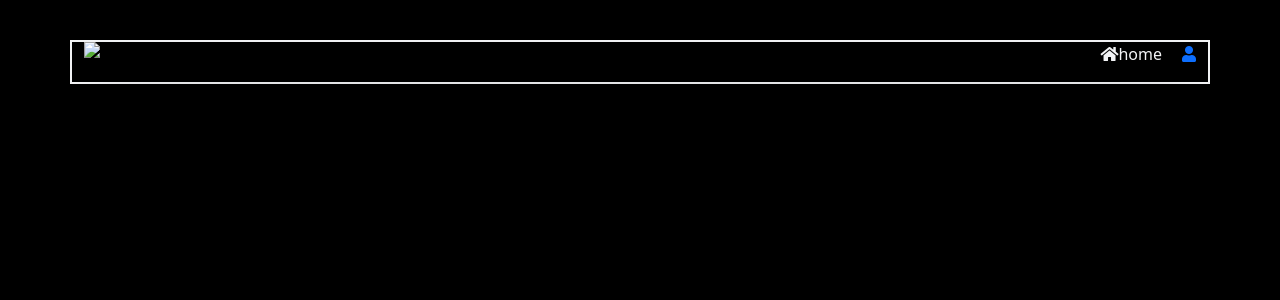
Repository: latenightsnacc/urban-pancake
Page: index.html
These files come from the project's save history. The page is drawn as it stood at one moment and after the next save; the edit follows.
The browser window is 1280 px wide. The pictures show the whole page.
Some web libraries are served in a nearby version.

Above is the page before, as saved 2021-04-30 10:42:22.

### index.html
<!DOCTYPE html>
<html lang="en">
<head>
    <meta charset="UTF-8">
    <meta http-equiv="X-UA-Compatible" content="IE=edge">
    <meta name="viewport" content="width=device-width, initial-scale=1.0">
    <!--Tailwind Css-->
    <link href="https://unpkg.com/tailwindcss@^2/dist/tailwind.min.css" rel="stylesheet">
    <!--Bootstrap CSS-->
    <link href="https://cdn.jsdelivr.net/npm/bootstrap@5.0.0-beta3/dist/css/bootstrap.min.css" rel="stylesheet" integrity="sha384-eOJMYsd53ii+scO/bJGFsiCZc+5NDVN2yr8+0RDqr0Ql0h+rP48ckxlpbzKgwra6" crossorigin="anonymous">
    <!--Font Awesome 5 CDN-->
    <link href="https://cdnjs.cloudflare.com/ajax/libs/font-awesome/5.13.0/css/all.min.css" rel="stylesheet">
    <!--Material Icons-->
    <link href="https://fonts.googleapis.com/css?family=Material+Icons|Material+Icons+Outlined|Material+Icons+Two+Tone|Material+Icons+Round|Material+Icons+Sharp" rel="stylesheet">
    <!--Google Font-->
    <link rel="preconnect" href="https://fonts.gstatic.com">
    <link href="https://fonts.googleapis.com/css2?family=Archivo:wght@400;700&display=swap" rel="stylesheet">
    <title>GRUPA</title>
</head>
<body class="bg-black pt-10">
    <main class="wrapper container border-2 border-gray-100">
        <!--Header-->
        <header class="shadow-2xl">
            <nav class="flex flex-row justify-between">
                <a href="index.html">
                    <img src="/" >
                </a>

                <ul class="flex flex-row">
                    <li class="mr-5">
                        <a href="index.html" class="flex flex-row items-center text-gray-100 no-underline">
                            <i class="fas fa-home"></i>
                            <span>home</span>
                        </a>
                    </li>
                    <li>
                        <a href="#">
                            <i class="fas fa-user"></i>
                        </a>
                    </li>
                </ul>
            </nav>
        </header>

        <!--End of Header-->
    </main>
    <!--bootstrap JS-->
    <script src="https://cdn.jsdelivr.net/npm/bootstrap@5.0.0-beta3/dist/js/bootstrap.bundle.min.js" integrity="sha384-JEW9xMcG8R+pH31jmWH6WWP0WintQrMb4s7ZOdauHnUtxwoG2vI5DkLtS3qm9Ekf" crossorigin="anonymous"></script>
</body>
</html>

After the next save:
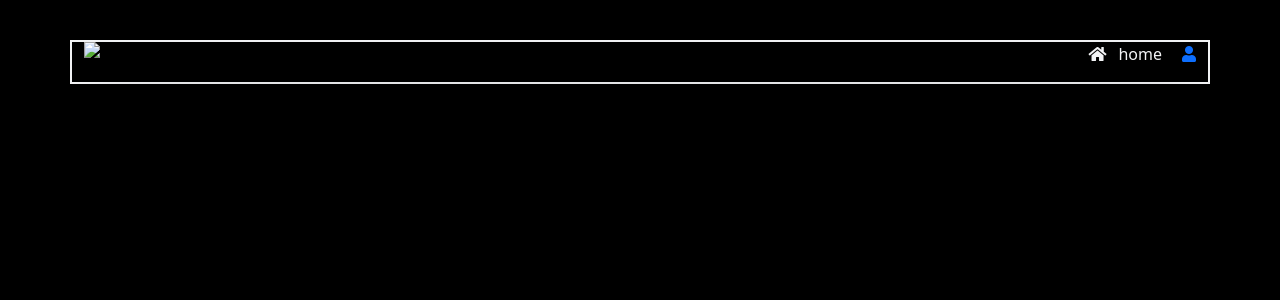
Saved 14 s later.
--- a/index.html
+++ b/index.html
@@ -30,7 +30,7 @@
                     <li class="mr-5">
                         <a href="index.html" class="flex flex-row items-center text-gray-100 no-underline">
                             <i class="fas fa-home"></i>
-                            <span>home</span>
+                            <span class="ml-3">home</span>
                         </a>
                     </li>
                     <li>
